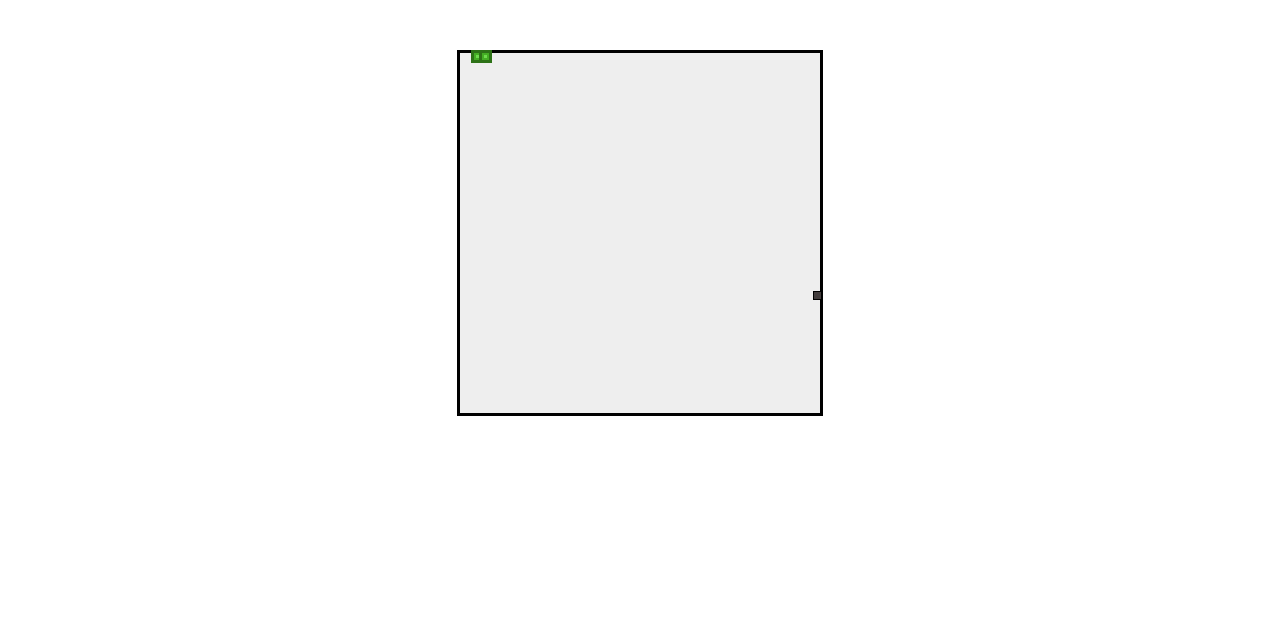
Repository: Krashgul/React_Snake_Game
Page: /
The author's editor kept a copy of each file at every save. The page is drawn from the files as they stood at one save, then again after the next save.
The browser window is 1280 px wide. The pictures show the whole page.
The project was rebuilt for these pictures with package versions that can differ from the ones it lists, and the page was loaded fresh each time.

Above is the page before, as saved 2021-03-02 00:41:04.

### src/index.css
.game-area {
  position: relative;
  margin: 50px auto;
  width: 50vh;
  height: 50vh;
  background-color: #eee;
  border: 3px solid #000;
}

.snake-dot {
  position: absolute;
  width: 2%;
  height: 2%;
  background-color: hsl(106, 66%, 58%);
  border: 2px solid hsl(106, 66%, 41%);
  -webkit-box-shadow: 0px 0px 0px 3px hsl(106, 66%, 27%);
  -moz-box-shadow: 0px 0px 0px 3px hsl(106, 66%, 27%);
  box-shadow: 0px 0px 0px 3px hsl(106, 66%, 27%);
  z-index: 2;
  box-sizing: border-box;
}

.snake-food {
  position: absolute;
  width: 2%;
  height: 2%;
  background: rgb(66, 60, 60);
  border: 1px solid #000;
  z-index: 1;
}

### src/App.js
import React, { Component } from 'react';
import Snake from './Snake';
import Food from './Food';

const getRandomCoordinates = () => {
  let min = 1;
  let max = 98;
  let x = Math.floor((Math.random()*(max-min+1)+min)/2)*2;
  let y =  Math.floor((Math.random()*(max-min+1)+min)/2)*2;
  return [x,y]
}

const initialState = {
  food: getRandomCoordinates(),
  speed: 50,
  direction: 'RIGHT',
  snakeDots: [
    [0,0],
    [2,0]
  ]
}

class App extends Component {

  state = initialState;

  componentDidMount() {
    setInterval(this.moveSnake, this.state.speed);
    document.onkeydown = this.onKeyDown;
  }

  componentDidUpdate() {
    this.checkIfOutOfBorders();
    this.checkIfCollapsed();
    this.checkIfEat();
  }

  onKeyDown = (e) => {
    e = e || window.event;
    switch (e.keyCode) {
      case 38:
        this.setState({direction: 'UP'});
        break;
      case 40:
        this.setState({direction: 'DOWN'});
        break;
      case 37:
        this.setState({direction: 'LEFT'});
        break;
      case 39:
        this.setState({direction: 'RIGHT'});
        break;
    }
  }

  moveSnake = () => {
    let dots = [...this.state.snakeDots];
    let head = dots[dots.length - 1];

    switch (this.state.direction) {
      case 'RIGHT':
        head = [head[0] + 2, head[1]];
        break;
      case 'LEFT':
        head = [head[0] - 2, head[1]];
        break;
      case 'DOWN':
        head = [head[0], head[1] + 2];
        break;
      case 'UP':
        head = [head[0], head[1] - 2];
        break;
    }
    dots.push(head);
    dots.shift();
    this.setState({
      snakeDots: dots
    })
  }

  checkIfOutOfBorders() {
    let head = this.state.snakeDots[this.state.snakeDots.length - 1];
    if (head[0] >= 100 || head[1] >= 100 || head[0] < 0 || head[1] < 0) {
      this.onGameOver();
    }
  }

  checkIfCollapsed() {
    let snake = [...this.state.snakeDots];
    let head = snake[snake.length - 1];
    snake.pop();
    snake.forEach(dot => {
      if (head[0] == dot[0] && head[1] == dot[1]) {
        this.onGameOver();
      }
    })
  }

  checkIfEat() {
    let head = this.state.snakeDots[this.state.snakeDots.length - 1];
    let food = this.state.food;
    if (head[0] == food[0] && head[1] == food[1]) {
      this.setState({
        food: getRandomCoordinates()
      })
      this.enlargeSnake();
      this.increaseSpeed();
    }
  }

  enlargeSnake() {
    let newSnake = [...this.state.snakeDots];
    newSnake.unshift([])
    this.setState({
      snakeDots: newSnake
    })
  }

  increaseSpeed() {
    if (this.state.speed > 10) {
      this.setState({
        speed: this.state.speed - 10
      })
    }
  }

  onGameOver() {
    alert(`Game Over. Snake length is ${this.state.snakeDots.length}`);
    this.setState(initialState)
  }

  render() {
    return (
      <div className="game-area">
        <Snake snakeDots={this.state.snakeDots}/>
        <Food dot={this.state.food}/>
      </div>
    );
  }
}

export default App;

### src/Snake.js
import React from 'react';

export default (props) => {
  return (
    <div>
      {props.snakeDots.map((dot, i) => {
        const style = {
          left: `${dot[0]}%`,
          top: `${dot[1]}%`
        }
        return (
          <div className="snake-dot" key={i} style={style}></div>
        )
      })}
    </div>
  )
}

Loaded but not shown: public/index.html (common file); src/index.js (common file); src/serviceWorker.js (common file); src/Food.js (common file)

After the next save:
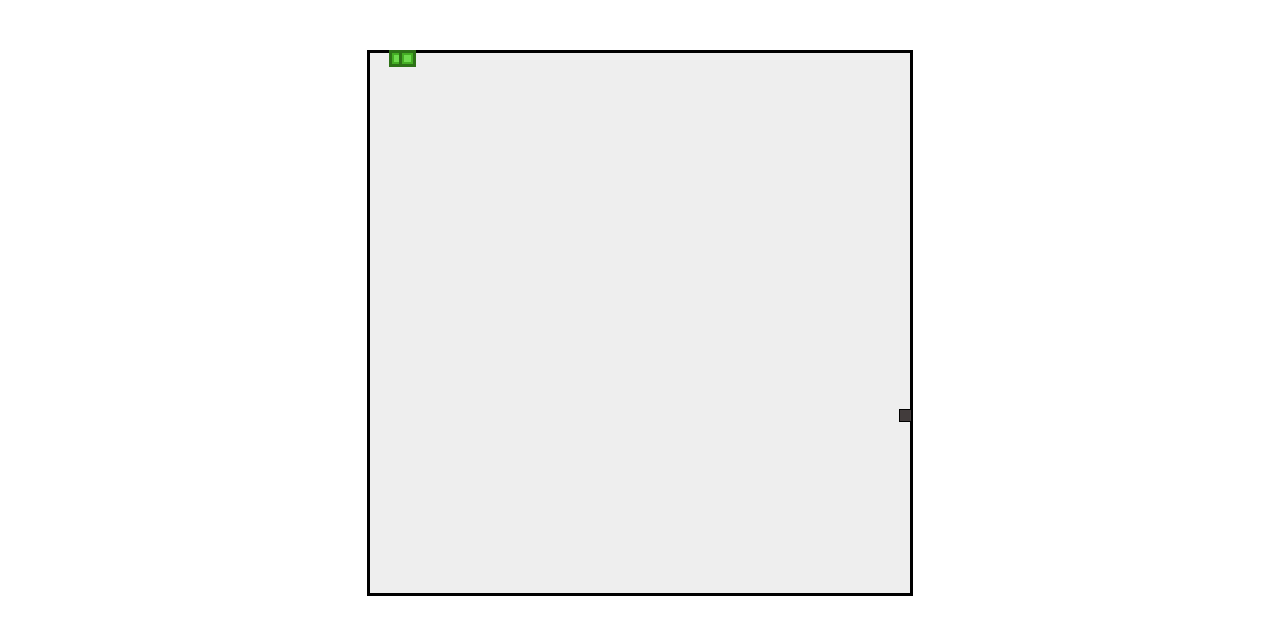
Saved 37 s later.
--- a/src/index.css
+++ b/src/index.css
@@ -1,8 +1,8 @@
 .game-area {
   position: relative;
   margin: 50px auto;
-  width: 50vh;
-  height: 50vh;
+  width: 75vh;
+  height: 75vh;
   background-color: #eee;
   border: 3px solid #000;
 }
